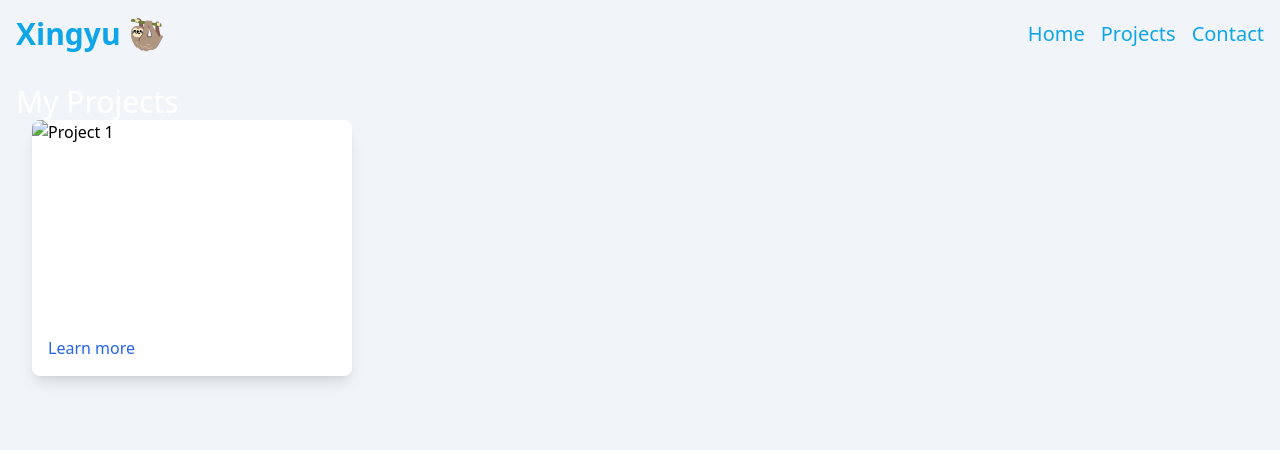
Repository: therealcyberlord/personal-portfolio
Page: /projects
The author's editor kept a copy of each file at every save. The page is drawn from the files as they stood at one save, then again after a run of saves.
The browser window is 1280 px wide. The pictures show the whole page.
The project was rebuilt for these pictures with package versions that can differ from the ones it lists, and the page was loaded fresh each time. Also part of the build but not shown: vite.config.ts, src/components/Profile.tsx, src/pages/Home.tsx, src/pages/Contact.tsx.

Above is the page before, as saved 2023-07-31 22:30:27.

### src/App.tsx
import { BrowserRouter as Router, Routes, Route } from "react-router-dom";
import Home from "./pages/Home";
import Projects from "./pages/Projects";
import Contact from "./pages/Contact";
import Navbar from "./components/Nav";

function App() {
  return (
    <div className="w-screen h-screen bg-slate-100 dark:bg-slate-800">
      <Router>
        <Navbar />
        <Routes>
          <Route path="/" element={<Home />} />
          <Route path="/projects" element={<Projects />} />
          <Route path="/contact" element={<Contact />} />
        </Routes>
      </Router>
    </div>
  );
}

export default App;

### src/pages/Projects.tsx
import Project from "../components/Project";

const Projects = () => {
  return (
    <div className="px-4 py-4">
      <h1 className="text-white text-2xl md:text-3xl font-medium">
        My Projects
      </h1>
      <Project />
    </div>
  );
};

export default Projects;

### src/components/Nav.tsx
import { Link } from "react-router-dom";

const Navbar = () => {
  return (
    <nav className="p-4">
      <div className="flex justify-between items-center">
        <div className="text-sky-500 dark:text-sky-400 font-bold text-3xl">
          Xingyu 🦥
        </div>
        <ul className="flex space-x-4">
          <li>
            <Link
              to="/"
              className="text-sky-500 text-xl dark:text-sky-400 hover:text-blue-200 dark:hover:text-blue-200 transition duration-300"
            >
              Home
            </Link>
          </li>
          <li>
            <Link
              to="/projects"
              className="text-sky-500 text-xl dark:text-sky-400 hover:text-blue-200 dark:hover:text-blue-200 transition duration-300"
            >
              Projects
            </Link>
          </li>
          <li>
            <Link
              to="/contact"
              className="text-sky-500 text-xl dark:text-sky-400 hover:text-blue-200 dark:hover:text-blue-200 transition duration-300"
            >
              Contact
            </Link>
          </li>
        </ul>
      </div>
    </nav>
  );
};

export default Navbar;

### src/components/Project.tsx
import React from "react";

interface ProfileProps {
  name: string;
  description: string;
  img_path: string;
  src_path: string;
}

const Profile: React.FC<ProfileProps> = ({
  name,
  description,
  img_path,
  src_path,
}) => {
  return (
    <div className="bg-white dark:bg-gray-700 rounded-lg shadow-lg overflow-hidden w-80 mx-4">
      <img
        className="w-full h-48 object-cover object-center"
        src={img_path}
        alt="Project 1"
      />
      <div className="p-4">
        <h3 className="text-xl font-semibold text-gray-800 dark:text-white">
          {name}
        </h3>
        <p className="mt-2 text-gray-600 dark:text-gray-300">{description}</p>
        <a
          href={src_path}
          className="mt-3 text-blue-600 dark:text-blue-400 hover:underline"
        >
          Learn more
        </a>
      </div>
    </div>
  );
};

export default Profile;

### tailwind.config.js
/** @type {import('tailwindcss').Config} */

export default {
  content: ["./index.html", "./src/**/*.{js,ts,jsx,tsx}"],
  theme: {
    extend: {
      colors: {
        primary: "#202225",
        secondary: "#5865f2",
      },
    },
  },
  plugins: [],
};

Loaded but not shown: src/main.tsx (common file); src/index.css (common file)

After the next 2 saves:
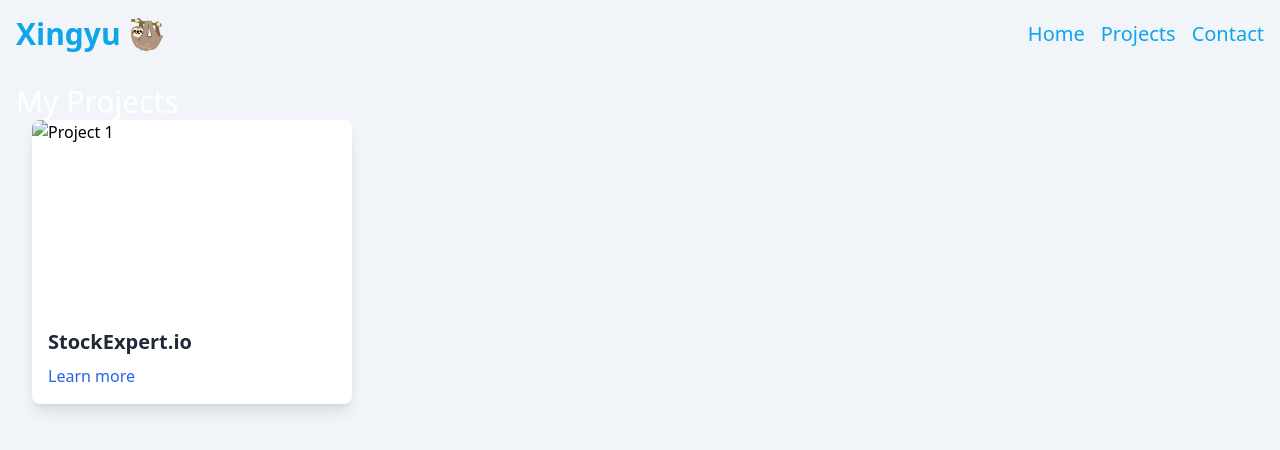
The 2 saves are shown as one change because they came seconds apart.
The last was saved 42 s later.
--- a/src/pages/Projects.tsx
+++ b/src/pages/Projects.tsx
@@ -6,7 +6,7 @@
       <h1 className="text-white text-2xl md:text-3xl font-medium">
         My Projects
       </h1>
-      <Project />
+      <Project name="StockExpert.io" />
     </div>
   );
 };
